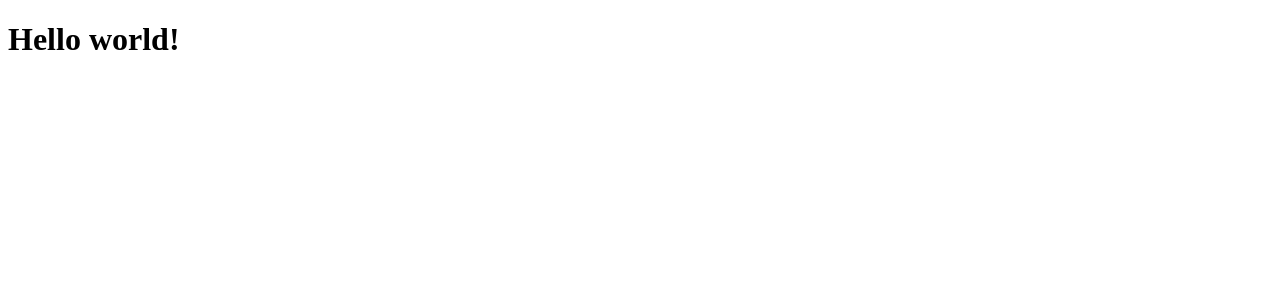
Repository: Jack-Snider/JSP-PlayGround
Page: http://localhost/TEST/views/test.jsp
The author's editor kept a copy of each file at every save. The page is drawn from the files as they stood at one save, then again after the next save.
The browser window is 1280 px wide. The pictures show the whole page.
The page is served by Tomcat 9. Other server files are loaded and not shown.

Above is the page before, as saved 2022-10-03 05:12:15.

### TEST/src/main/webapp/views/test.jsp
<%@ page language="java" contentType="text/html; charset=EUC-KR"
    pageEncoding="EUC-KR"%>
<!DOCTYPE html>
<html>
	<head>
		<meta charset="EUC-KR">
		<title>Jack Snider Test</title>
		<script src="https://code.jquery.com/jquery-3.4.1.js"
				integrity="sha256-WpOohJOqMqqyKL9FccASB9O0KwACQJpFTUBLTYOVvVU="
				crossorigin="anonymous">
		</script>

		<script type="text/javascript">

		</script>

	</head>
	<body>
		<h1>Hello world!</h1>
	</body>
</html>

After the next save:
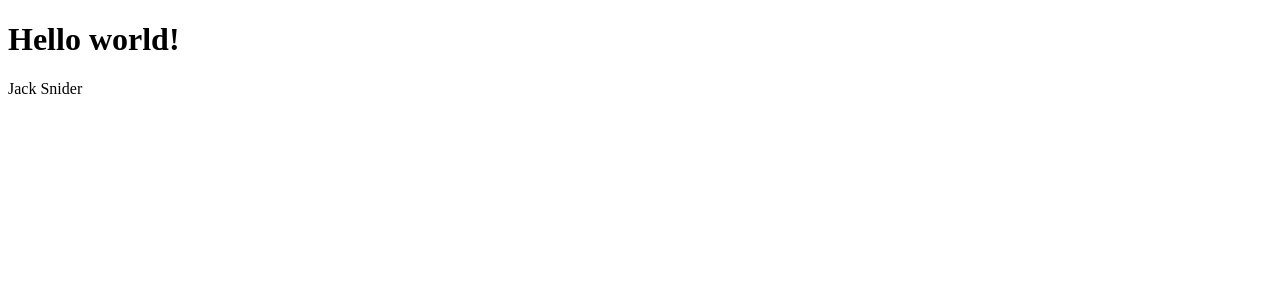
Saved 6 s later.
--- a/TEST/src/main/webapp/views/test.jsp
+++ b/TEST/src/main/webapp/views/test.jsp
@@ -17,5 +17,6 @@
 	</head>
 	<body>
 		<h1>Hello world!</h1>
+		<div>Jack Snider</div>
 	</body>
 </html>
